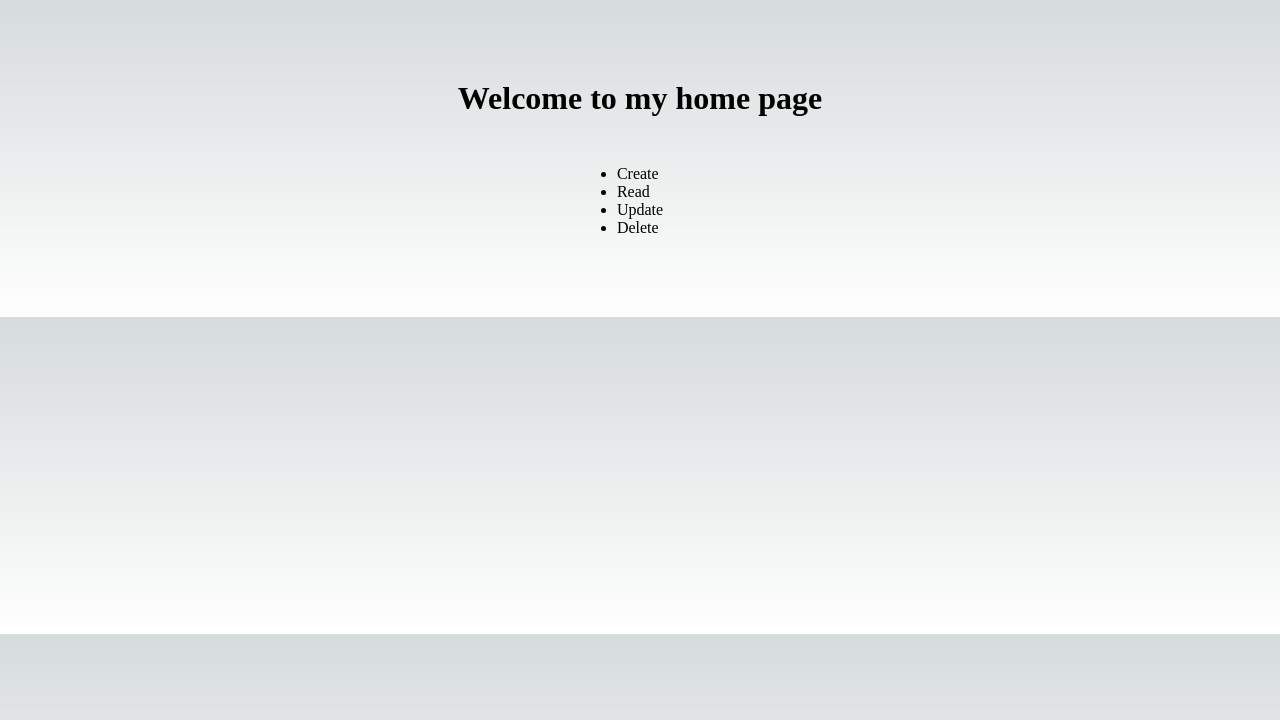
Repository: karthur1/playwright
Page: /
These files come from the project's save history. The page is drawn as it stood at one moment and after the next save; the edit follows.
The browser window is 1280 px wide. The pictures show the whole page.
The project was rebuilt for these pictures with package versions that can differ from the ones it lists, and the page was loaded fresh each time. The framework's server and built-in components were replaced by stand-ins that run in the browser. Also part of the build but not shown: next.config.js.

Above is the page before, as saved 2023-01-23 11:05:22.

After the next save:
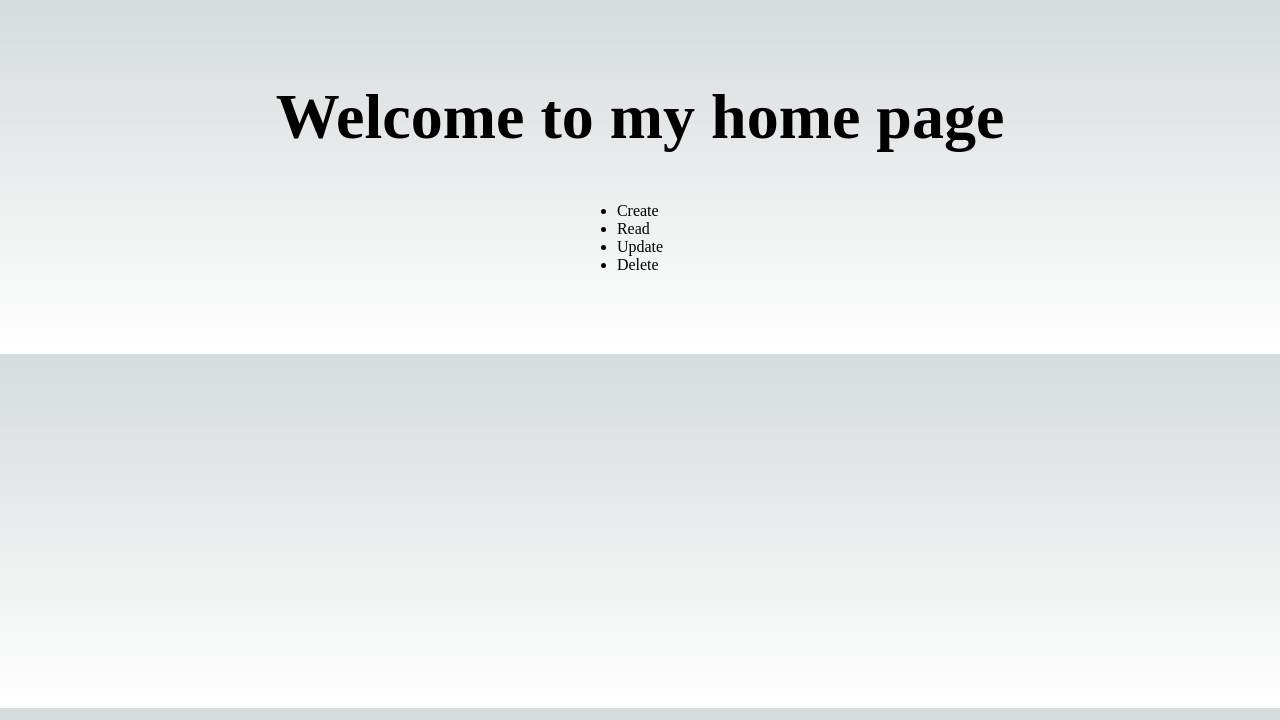
Saved 6 s later.
--- a/pages/index.js
+++ b/pages/index.js
@@ -15,7 +15,7 @@ export default function Home() {
         <link rel="icon" href="/favicon.ico" />
       </Head>
       <main className={styles.main}>
-        <h1 className='styles.title'>
+        <h1 className={styles.title}>
           Welcome to my home page
         </h1>
 
